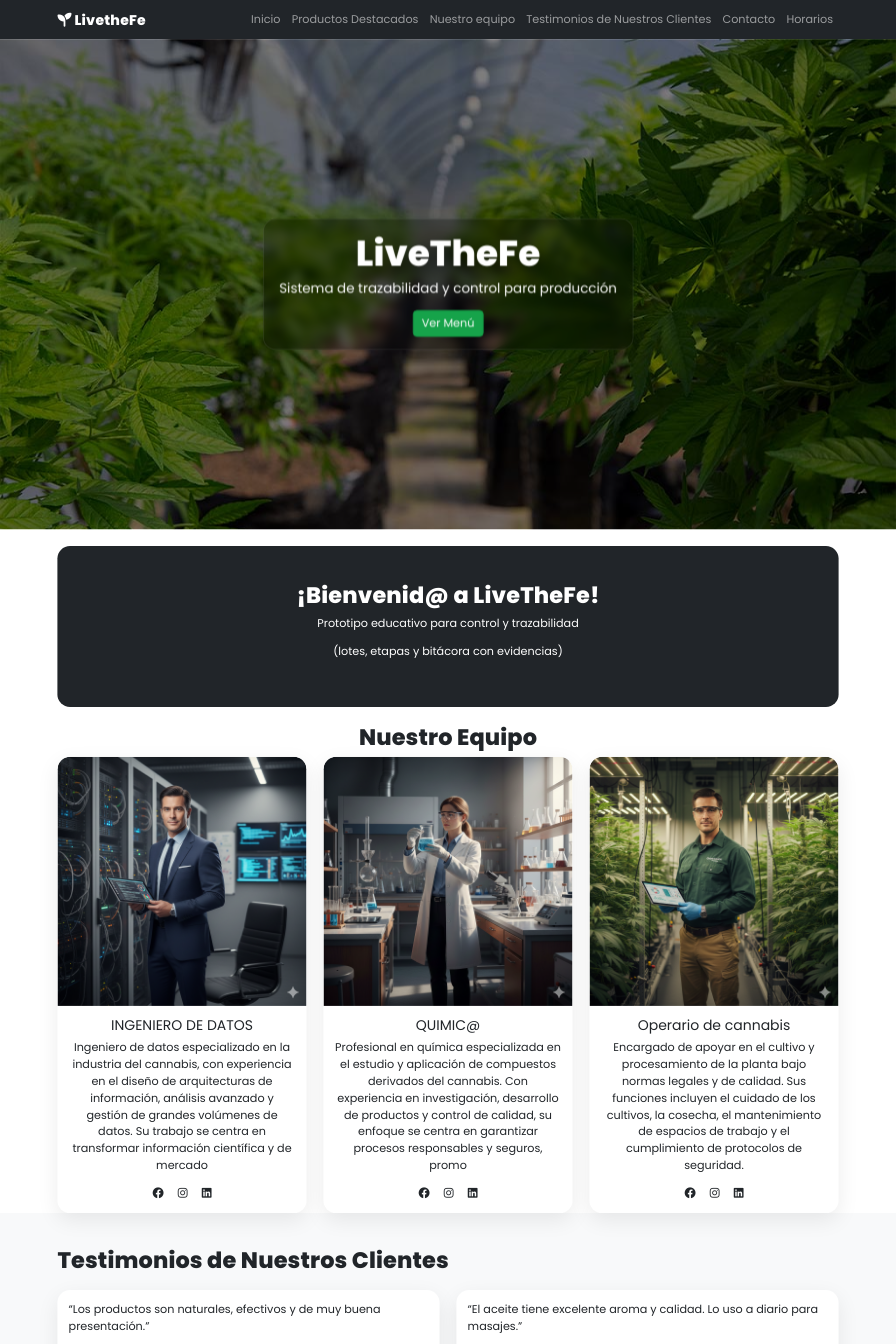
Repository: salextros/livethefe_delivery
Page: http://localhost/homework_sena/
The author's editor kept a copy of each file at every save. The page is drawn from the files as they stood at one save, then again after the next save.
The browser window is 1280 px wide. The pictures show the part of the page from y = 0 to 1920 px (the page is 3773 px tall), at 70% of full size.
The page is run by PHP 8.4 with error messages shown; the project is at /var/www/html/. The database holds what the project's SQL file puts in it.

Above is the page before, as saved 2026-02-26 00:39:32.

After the next save:
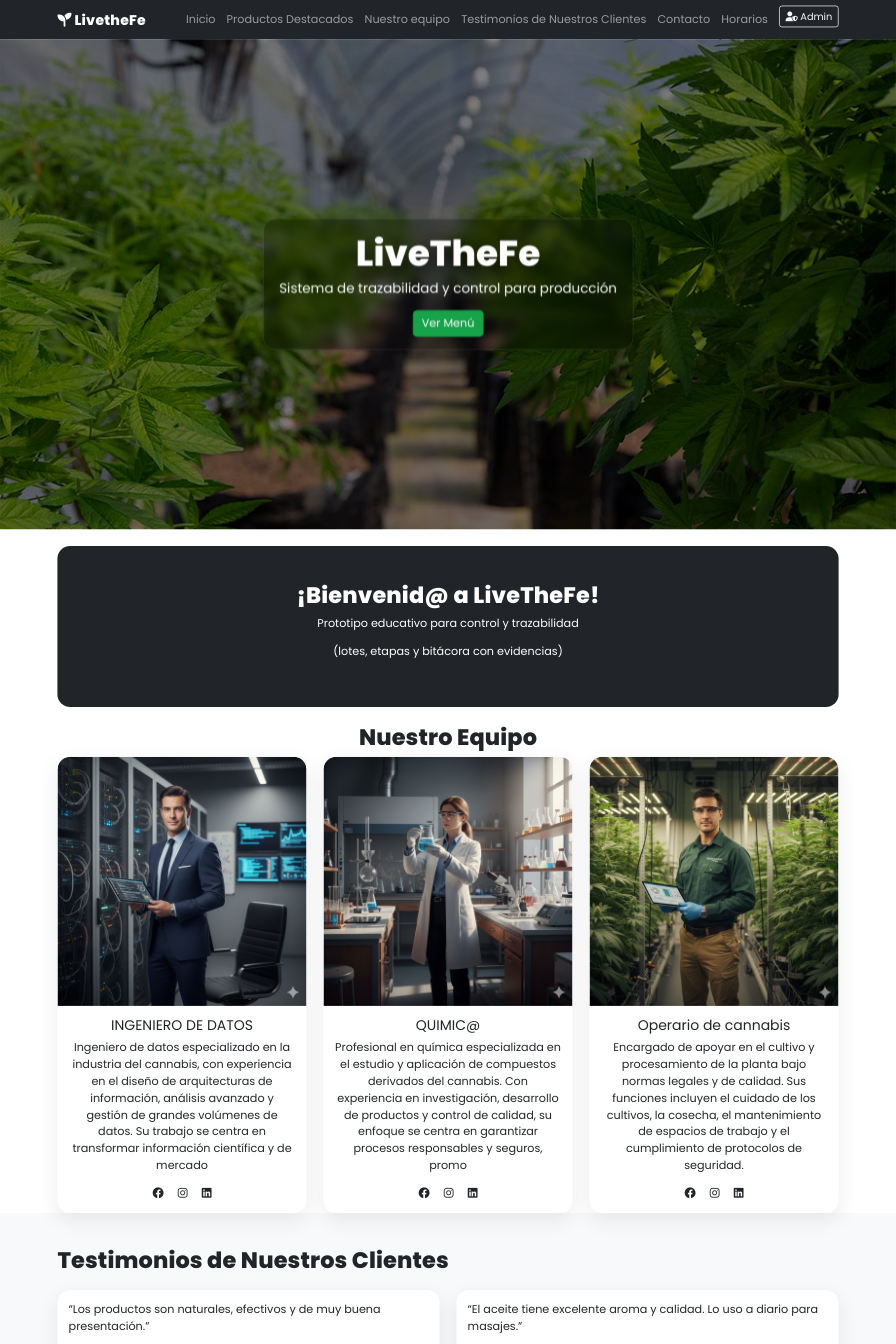
Saved 7 h 22 min later.
--- a/index.php
+++ b/index.php
@@ -115,6 +115,12 @@ header("Location:index.php");
                     <li class="nav-item">
                         <a class="nav-link" href="#horario">Horarios</a>
                     </li>
+                  <li class="nav-item ms-2">
+  <a class="btn btn-outline-light btn-sm" href="admin/login.php">
+    <i class="fas fa-user-shield"></i> Admin
+  </a>
+</li>
+
                 </ul>
             </div>
         </div>
